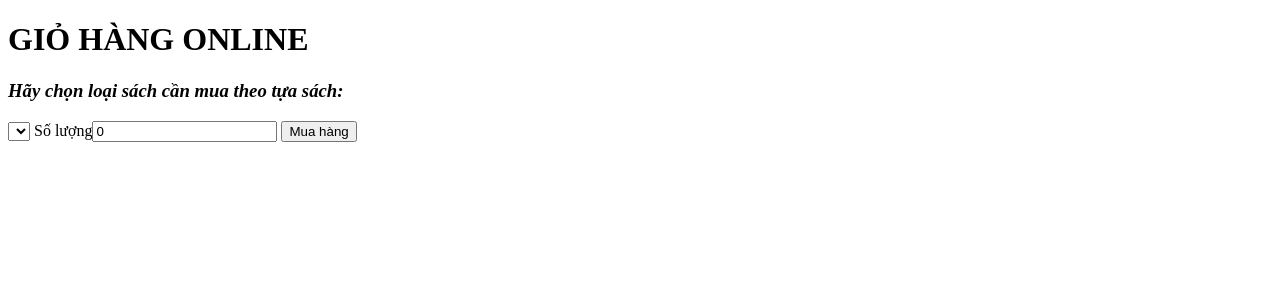
Repository: trangtruc/Java_NangCao
Page: http://localhost/Demo_Database/Myeshop.jsp
An editor plug-in stored every save of this project. The page is shown before and after the next save, followed by the edit.
The browser window is 1280 px wide. The pictures show the whole page.
The page is served by Tomcat 9. Queries for data that is not in the repository find no rows.

Above is the page before, as saved 2017-03-14 12:08:37.

After the next save:
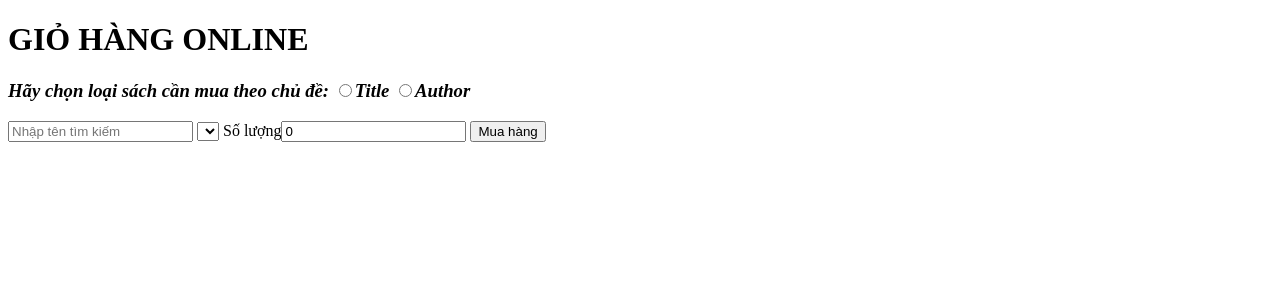
Saved 2 min 22 s later.
--- a/Buoi4/Demo_Database/WebContent/Myeshop.jsp
+++ b/Buoi4/Demo_Database/WebContent/Myeshop.jsp
@@ -23,11 +23,12 @@
             ArrayList<Sanpham> dssp = db.getAllProducts();
         %>
         <form action="Access" method="post">
-            <h3><i>Hãy chọn loại sách cần mua theo tựa sách:
-
+            <h3><i>Hãy chọn loại sách cần mua theo chủ đề:
+            	<input type="radio" name="ra" value="title"/>Title
+				<input type="radio" name="ra" value="author"/>Author
             </i></h3>
 
-
+           <input type="text" name="monhang" placeholder="Nhập tên tìm kiếm"/>
 
 			<select name="monhang">
                 <%
